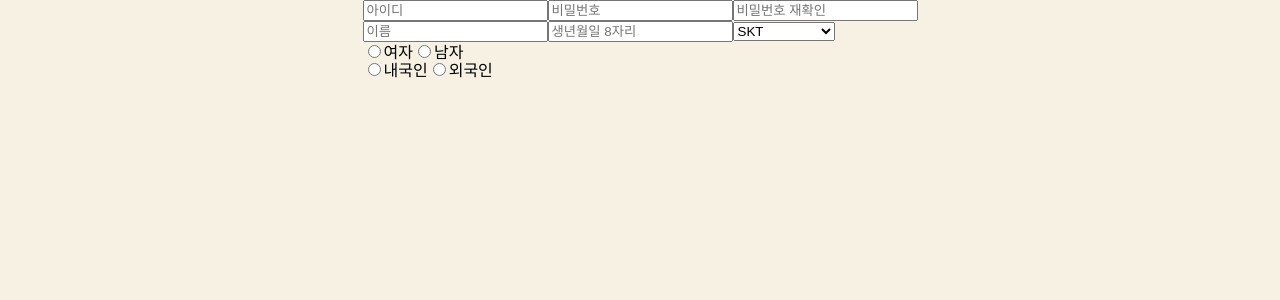
Repository: LeeYuNa0402/pokemon_vite
Page: /CreateAccount
The author's editor kept a copy of each file at every save. The page is drawn from the files as they stood at one save, then again after the next save.
The browser window is 1280 px wide. The pictures show the whole page.
The project was rebuilt for these pictures with package versions that can differ from the ones it lists, and the page was loaded fresh each time. Also part of the build but not shown: vite.config.ts, src/CombineMenu.tsx, src/Loading.tsx, src/PokemonList.tsx, src/App.tsx, src/css/pokemon_type.css, src/PokemonDetail.tsx, src/Login.tsx and 1 more.

Above is the page before, as saved 2023-10-17 15:22:42.

### src/main.tsx
// import React from "react";
// import ReactDOM from "react-dom/client";
// import App from "./App.tsx";
// import "./index.css";

// ReactDOM.createRoot(document.getElementById("root")!).render(
//   <>
//     <App />
//   </>
// );

import ReactDOM from "react-dom/client";
import "./index.css";
import App from "./App";
import PokemonDetail from "./PokemonDetail";
import Login from "./Login";
import LoginInfo from "./LoginInfo";

import { createBrowserRouter, RouterProvider } from "react-router-dom";
import CreateAccount from "./CreateAccount";

const router = createBrowserRouter([
  {
    path: "/",
    element: <App />,
  },
  {
    path: ":name",
    element: <PokemonDetail />,
  },
  {
    path: "Login",
    element: <Login />,
  },
  {
    path: "LoginInfo",
    element: <LoginInfo />,
  },
  {
    path: "CreateAccount",
    element: <CreateAccount />,
  },
]);

// const router = createBrowserRouter([
//   {
//     path: "/",
//     element: <Login />,
//   },
//   {
//     path: ":name",
//     element: <PokemonDetail />,
//   },
//   {
//     path: "App",
//     element: <App />,
//   },
//   {
//     path: "LoginInfo",
//     element: <LoginInfo />,
//   },
// ]);

const root = ReactDOM.createRoot(
  document.getElementById("root") as HTMLElement
);
root.render(<RouterProvider router={router} />);

### src/CreateAccount.tsx
const CreateAccount = () => {
  return (
    <div className="CreateAccount">
      <form className="id_password">
        <input type="text" placeholder="아이디" />
        <input type="password" placeholder="비밀번호" />
        <input type="password" placeholder="비밀번호 재확인" />
      </form>

      <form>
        <input type="text" placeholder="이름" />
        <input type="text" placeholder="생년월일 8자리" />
        <select>
          <option>SKT</option>
          <option>KT</option>
          <option>LG U+</option>
          <option>SKT 알뜰폰</option>
          <option>KT 알뜰폰</option>
          <option>LG U+ 알뜰폰</option>
        </select>
      </form>

      <form>
        <label>
          <input type="radio" value="woman" name="gender" />
          여자
        </label>
        <label>
          <input type="radio" value="man" name="gender" />
          남자
        </label>
      </form>

      <form>
        <label>
          <input type="radio" value="local" name="country" />
          내국인
        </label>
        <label>
          <input type="radio" value="foreigner" name="country" />
          외국인
        </label>
      </form>
    </div>
  );
};

export default CreateAccount;

### src/css/reset.css
html,
body,
div,
span,
applet,
object,
iframe,
h1,
h2,
h3,
h4,
h5,
h6,
p,
blockquote,
pre,
a,
abbr,
acronym,
address,
big,
cite,
code,
del,
dfn,
em,
img,
ins,
kbd,
q,
s,
samp,
small,
strike,
strong,
sub,
sup,
tt,
var,
b,
u,
i,
center,
dl,
dt,
dd,
ol,
ul,
li,
fieldset,
form,
label,
legend,
table,
caption,
tbody,
tfoot,
thead,
tr,
th,
td,
article,
aside,
canvas,
details,
embed,
figure,
figcaption,
footer,
header,
hgroup,
menu,
nav,
output,
ruby,
section,
summary,
time,
mark,
audio,
video {
  color: #000;
  margin: 0;
  padding: 0;
  border: 0;
  font-size: 100%;
  font: inherit;
  vertical-align: baseline;
  /* color: #000; */
}
/* HTML5 display-role reset for older browsers */
article,
aside,
details,
figcaption,
figure,
footer,
header,
hgroup,
menu,
nav,
section {
  display: block;
}
body {
  line-height: 1;
}
ol,
ul {
  list-style: none;
}
blockquote,
q {
  quotes: none;
}
blockquote:before,
blockquote:after,
q:before,
q:after {
  content: "";
  content: none;
}
table {
  border-collapse: collapse;
  border-spacing: 0;
}

### src/css/style.css
#root {
  display: flex;
  justify-content: center;
  align-items: flex-start;
  /* height: 100vh; */
  /* background-color: rgba(26, 82, 142, 1);
    background-image: linear-gradient(to top, #304667, #041f4c);
    background: linear-gradient(to top, #304667, rgba(66, 16, 100, 0.6)),
      url(../image/cloude.png) no-repeat right 0; */
  background-color: #f6f1e3;
  /* padding: 8rem 0 8rem; */
  min-height: 100vh;
  width: 100%;
}

.pokemon-detail {
  text-align: center;
  width: 41%;
  background-color: #fcfcfc;
  border-radius: 20px;
  padding: 4rem 0;
  --tw-shadow: 0 4px 6px -1px rgb(0 0 0 / 0.1), 0 2px 4px -2px rgb(0 0 0 / 0.1);
  --tw-shadow-colored: 0 4px 6px -1px var(--tw-shadow-color),
    0 2px 4px -2px var(--tw-shadow-color);
  box-shadow: var(--tw-ring-offset-shadow, 0 0 #0000),
    var(--tw-ring-shadow, 0 0 #0000), var(--tw-shadow);
}

.pokemon-detail .name {
  font-size: 2rem;
  font-weight: bold;
  color: #746b4a;
}

.pokemon-detail .detail-img {
  width: 20%;
  border: 1px solid #8d7e49;
  margin: 1rem 0;
  --tw-shadow: 0 4px 6px -1px rgb(0 0 0 / 0.1), 0 2px 4px -2px rgb(0 0 0 / 0.1);
  --tw-shadow-colored: 0 4px 6px -1px var(--tw-shadow-color),
    0 2px 4px -2px var(--tw-shadow-color);
  box-shadow: var(--tw-ring-offset-shadow, 0 0 #0000),
    var(--tw-ring-shadow, 0 0 #0000), var(--tw-shadow);
  border-radius: 2%;
}

.pokemon-detail .characteristic {
  color: #282828;
}

.pokemon-detail .go-back-btn {
  position: absolute;
  top: 31%;
  left: 68.4%;
  transform: translate(-50%);
  background-color: #484848;
  /* width: 35px; */
  /* height: 35px; */
  border: none;
  border: 1px solid #484848;
  cursor: pointer;
  border-radius: 5px;
  transition: 0.3s;
  color: #fff;
  padding: 0.4rem 0.8rem;
}

.pokemon-detail .go-back-btn:hover {
  background-color: #fff;
  color: #000;
}

.pokemon-list {
  /* max-width: 1400px; */
  width: 100%;
  width: 1400px;
  margin-top: 11%;
}

.pokemon-list h1 {
  /* color: #ffc400;
    list-style: none;
    padding-left: 0px;
    text-align: center;
    margin-top: 0;
    font-size: 3rem;
    font-weight: bold; */
  /* padding-top: 5rem; */
}

.pokemon-list .order {
  font-size: 0.9rem;
  color: #b0a48b;
  position: absolute;
  top: 5%;
  left: 5%;
}

.pokemon-list .name {
  color: #746b4a;
}
.main-tit {
  text-align: center;
  color: #4c411a;
  font-size: 3rem;
  font-weight: bold;
}

.pokemon-cont {
  display: flex;
  justify-content: flex-start;
  align-items: center;
  flex-wrap: wrap;
  list-style: none;
  padding-left: 0px;
  margin-top: 3rem;
  padding-bottom: 9rem;
}

.pokemon-cont li {
  position: relative;
  background-color: #fcfcfc;
  width: 24%;
  padding: 2rem 1rem;
  margin-bottom: 1rem;
  margin-right: 1%;
  text-align: center;
  cursor: pointer;
  transition: 0.3s;
  color: #6e623c;
  font-weight: bold;
  font-size: 1.1rem;
  --tw-shadow: 0 4px 6px -1px rgb(0 0 0 / 0.1), 0 2px 4px -2px rgb(0 0 0 / 0.1);
  --tw-shadow-colored: 0 4px 6px -1px var(--tw-shadow-color),
    0 2px 4px -2px var(--tw-shadow-color);
  box-shadow: var(--tw-ring-offset-shadow, 0 0 #0000),
    var(--tw-ring-shadow, 0 0 #0000), var(--tw-shadow);
  border-radius: 18px;
  box-sizing: border-box;
}

.pokemon-cont li:hover {
  transform: scale(1.05);
}

.pokemon-cont li:nth-child(4n) {
  margin-right: 0;
}

.pokemon-detail {
  text-align: center;
  margin: 29vh 0;
}
.pokemon-name {
  font-size: 2rem;
  font-weight: bold;
  color: #ffc400;
}

.main-cha {
  border: 1px solid gray;
  padding: 3rem;
  margin: 1rem 0;
  transition: 0.2s;
  --tw-shadow: 0 4px 6px -1px rgb(0 0 0 / 0.1), 0 2px 4px -2px rgb(0 0 0 / 0.1);
  --tw-shadow-colored: 0 4px 6px -1px var(--tw-shadow-color),
    0 2px 4px -2px var(--tw-shadow-color);
  box-shadow: var(--tw-ring-offset-shadow, 0 0 #0000),
    var(--tw-ring-shadow, 0 0 #0000), var(--tw-shadow);
}

.main-cha:hover {
}

.s-cha {
  border: 1px solid #e8e8e8;
  padding: 1rem;
  margin-right: 1%;
  background-color: #fafafa;
  transition: 0.2s;
  margin-top: 3rem;
}
.s-cha:last-child {
  margin-right: 0;
  margin-top: 1%;
}
.s-cha:hover {
  --tw-shadow: 0 4px 6px -1px rgb(0 0 0 / 0.1), 0 2px 4px -2px rgb(0 0 0 / 0.1);
  --tw-shadow-colored: 0 4px 6px -1px var(--tw-shadow-color),
    0 2px 4px -2px var(--tw-shadow-color);
  box-shadow: var(--tw-ring-offset-shadow, 0 0 #0000),
    var(--tw-ring-shadow, 0 0 #0000), var(--tw-shadow);
}

.abilities {
  display: flex;
  justify-content: center;
  align-items: center;
}
.abilities > div {
  margin-right: 5px;
}

/* ***********************login 페이지************************* */
.Login {
  /* background-color: #f5f5f9;
    width: 100%;
    height: 100vh;
    padding-top: 23vh; */
  padding: 12rem 0;
}
.login-cont {
  background-color: #fcfcfc;
  width: 20%;
  margin: 0 auto;
  padding: 1rem;
  /* text-align: center; */
  padding: 3.5rem 3rem 5rem;
  --tw-shadow: 0 4px 6px -1px rgb(0 0 0 / 0.1), 0 2px 4px -2px rgb(0 0 0 / 0.1);
  --tw-shadow-colored: 0 4px 6px -1px var(--tw-shadow-color),
    0 2px 4px -2px var(--tw-shadow-color);
  box-shadow: var(--tw-ring-offset-shadow, 0 0 #0000),
    var(--tw-ring-shadow, 0 0 #0000), var(--tw-shadow);
  border-radius: 10px;
  color: #373737;
}

.forgot-pass {
  position: absolute;
  right: 0;
  top: 0;
  color: #696cff;
  font-size: 0.8rem;
}

.password-wrap {
  position: relative;
}
.fontawesome-eye {
  position: absolute;
  right: 2%;
  padding: 5px;
  /* border: 1px solid red; */
  top: 37%;
  cursor: pointer;
}
.Login .pokemon-logo {
  width: 43%;
  display: block;
  margin: 0 auto 2rem;
}

.Login h2 {
  font-size: 1.2rem;
  margin-bottom: 0.2rem;
}

.Login p {
  font-size: 1rem;
}
.Login form {
  margin: 2rem 0 1.3rem;
}
.Login form input {
  width: 100%;
  padding: 0.6rem 0.2rem;
  margin-top: 7px;
  border-radius: 7px;
  outline: 0;
  border: 1px solid #c7cdd4;
  border-radius: 0.375rem;
  box-sizing: border-box;
  background-color: rgb(216 216 216 / 30%);
  color: #656565;
}

.Login form input:focus {
  outline: none;
  border-color: #696cff !important;
}

.Login form label {
  display: block;
  text-align: left;
  font-weight: bold;
  color: #4f4d4d;
  cursor: pointer;
}

.Login .sign-in {
  display: block;
  margin: 0 auto;
  background: linear-gradient(to bottom, rgb(57 42 88) 0%, rgb(68 79 116) 100%);
  color: white;
  padding: 10px 30px;
  border: 1px solid rgba(0, 0, 0, 0.21);
  border-bottom: 4px solid rgb(39 49 83);
  border-radius: 4px;
  text-shadow: 0 1px 0 rgba(0, 0, 0, 0.15);
  transition: 0.3s;
  width: 100%;
  cursor: pointer;
}

.Login .sign-in:hover {
  transform: translateY(5px);
  background: linear-gradient(to bottom, rgb(48 34 76) 0%, rgb(60 72 112) 100%);
}

.Login .check-remember input {
  width: auto;
}

.Login label {
  font-size: 0.9rem;
}

.Login input {
  margin-bottom: 15px;
}
.Login input[type="password"] {
  /* margin-bottom: 8px; */
}

.Login input[type="checkbox"] {
  margin-right: 5px;
}

button[disabled] {
  background: linear-gradient(
    to bottom,
    rgb(196 200 203) 0%,
    rgb(154 154 154) 100%
  ) !important;
  cursor: default !important;
  border-bottom: 4px solid rgb(142 145 146) !important;
}
button[disabled]:hover {
  transform: translateY(0) !important;
}
.create-account-wrap {
  text-align: center;
  margin-top: 1rem;
}
.create-account {
  color: #696cff;
}

/* ***********************LoginInfo 페이지************************* */
.logininfo {
  text-align: center;
  background-color: #ededed;
  padding: 5rem;
  border-radius: 15px;

  width: 19%;
}

.logininfo .member {
  font-size: 1.8rem;
  font-weight: bold;
  margin-bottom: 6rem;
}

.logininfo button {
  margin: 0 auto;
  color: white;
  border: 1px solid rgba(0, 0, 0, 0.21);
  border-radius: 4px;
  text-shadow: 0 1px 0 rgba(0, 0, 0, 0.15);
  transition: 0.3s;
  width: 49%;
  cursor: pointer;
  height: 45px;
  line-height: 44px;

  background: linear-gradient(to bottom, rgb(57 42 88) 0%, rgb(68 79 116) 100%);
  border: 1px solid rgba(0, 0, 0, 0.21);
  border-bottom: 4px solid rgb(39 49 83);
}

.logininfo button:first-child {
  margin-right: 1%;
}

/* .combine-menu */
.combine-menu {
  width: 100%;
  position: fixed;
  top: 0;
  height: 60px;
}

.combine-menu .login {
}

.combine-menu .profile {
  color: #fff;
  position: absolute;
  right: 2%;
  top: 50%;
  transform: translateY(-50%);
  display: flex;
  justify-content: space-around;
  align-items: center;
  width: 10%;
}
.combine-menu .profile .profile-name {
  text-shadow: 0 0 4px #fff;
  animation: flicker 3s infinite alternate;
  display: flex;
  justify-content: center;
  align-items: center;
  color: #fff;
}

.combine-menu .profile .name img {
  vertical-align: sub;
  margin-right: 5px;
}

@keyframes flicker {
  /* 0%,
    18%,
    22%,
    25%,
    53%,
    57%,
    100% {
      text-shadow: 0 0 4px #fff, 0 0 11px #fff, 0 0 20px rgb(241, 255, 43);
    }
    20%,
    24%,
    55% {
      text-shadow: none;
    } */
  50% {
    /* opacity: 0; */
    text-shadow: none;
  }
}

.combine-menu {
  width: 100%;
  background-color: #282828;
  position: fixed;
  left: 0;
  top: 0;
  display: flex;
  justify-content: center;
  align-items: center;
  color: #fff;
  z-index: 2;
}

.combine-menu .login {
  cursor: pointer;
  color: #fff;
  transition: 0.2s;
}

.combine-menu .login:hover {
  color: #f6c50b;
}

.combine-menu .logo {
  width: 4%;
}

.appear {
  display: block;
}

.disappear {
  display: none;
}

/* loading */
.loading {
  font-size: 4rem;
  color: #000;
  font-weight: bold;
  text-align: center;
}

.pokemon-search {
  text-align: center;
  margin-top: 3rem;
}

.pokemon-search label {
  margin-left: 1rem;
  font-weight: bold;
  color: #5e5534;
}

.pokemon-search input {
  width: 220px;
}
.pokemon-search select {
  width: 80px;
}

.pokemon-search input::placeholder {
  padding-left: 8px;
}

.pokemon-search input,
.pokemon-search select {
  margin-left: 7px;
  border-radius: 5px;
  border: 1px solid #8d8d8d;
  height: 35px;
  background-color: #fffbf0;
  color: #000;
}
.pokemon-search input:focus,
.pokemon-search select:focus {
  outline: none;
}

/* CreateAccount */

Loaded but not shown: index.html (common file); src/index.css (common file)

After the next save:
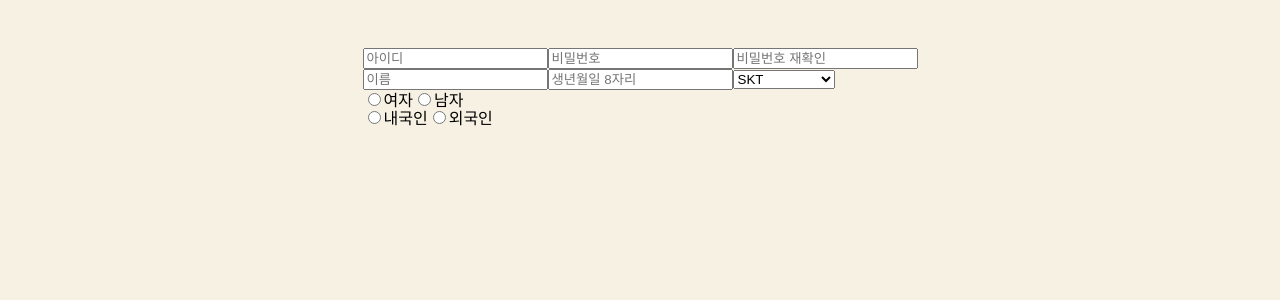
Saved 35 s later.
--- a/src/css/style.css
+++ b/src/css/style.css
@@ -520,3 +520,6 @@
 }
 
 /* CreateAccount */
+.CreateAccount {
+  padding: 3rem 1rem;
+}
